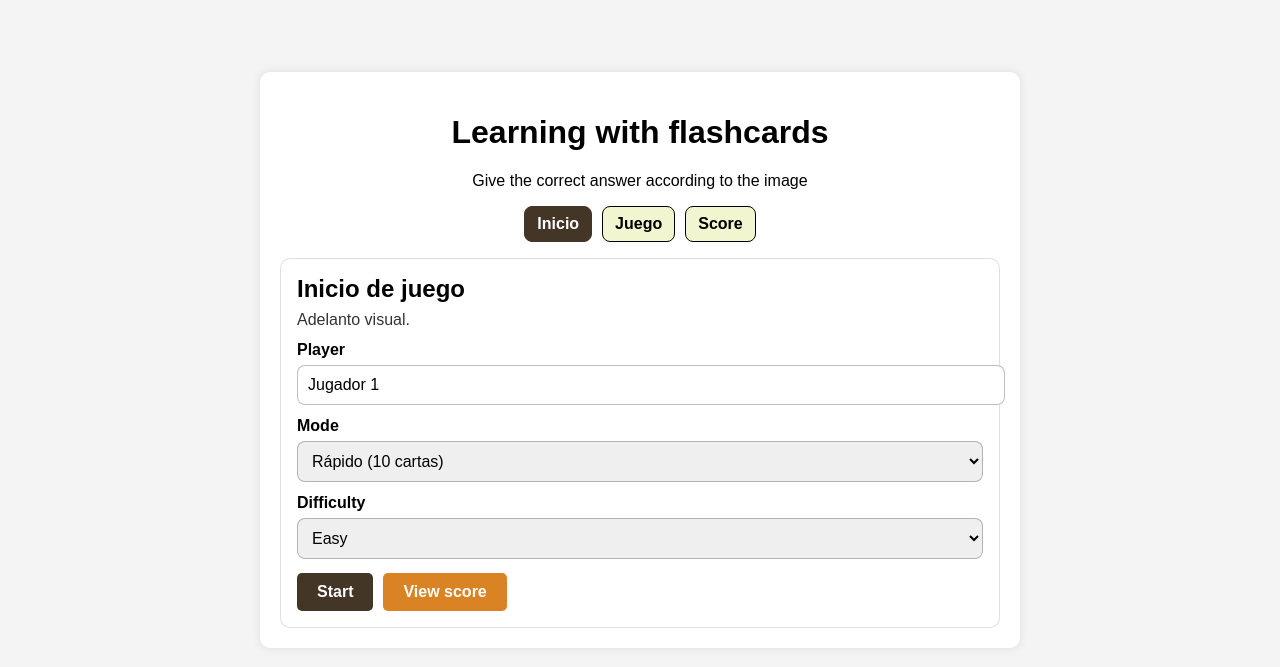
Repository: andreamm-lab/js-mini-app-1
Page: index.html
The author's editor kept a copy of each file at every save. The page is drawn from the files as they stood at one save, then again after the next save.
The browser window is 1280 px wide. The pictures show the whole page.

Above is the page before, as saved 2025-12-18 12:43:22.

After the next save:
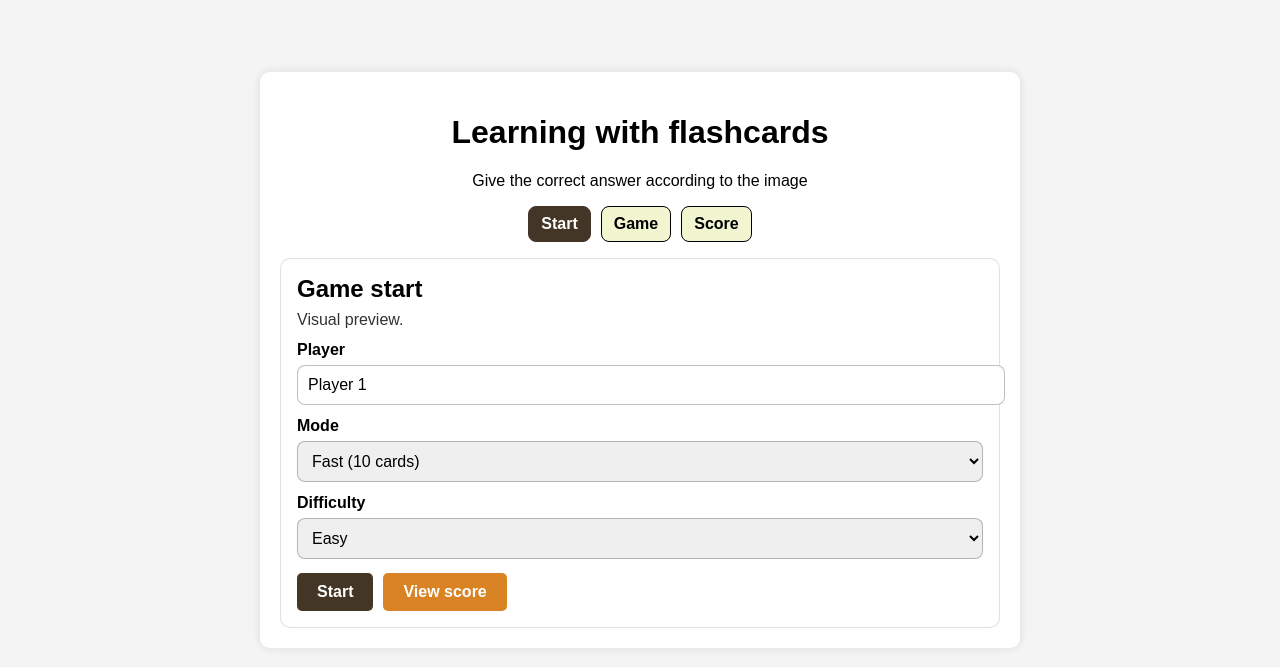
Saved 16 min 59 s later.
--- a/index.html
+++ b/index.html
@@ -1,10 +1,10 @@
 <!DOCTYPE html>
-<html lang="es">
+<html lang="en">
 
 <head>
   <meta charset="UTF-8" />
   <meta name="viewport" content="width=device-width, initial-scale=1.0" />
-  <title>Learning with flashcards • Adelanto</title>
+  <title>Learning with flashcards • Preview</title>
   <link rel="stylesheet" href="./css/styles.css" />
 </head>
 
@@ -18,31 +18,32 @@
     <h1>Learning with flashcards</h1>
     <p>Give the correct answer according to the image</p>
 
-    <nav class="nav" aria-label="Vistas">
-      <label class="nav-link" for="v-start" role="button" tabindex="0">Inicio</label>
-      <label class="nav-link" for="v-game" role="button" tabindex="0">Juego</label>
+    <nav class="nav" aria-label="Views">
+      <label class="nav-link" for="v-start" role="button" tabindex="0">Start</label>
+      <label class="nav-link" for="v-game" role="button" tabindex="0">Game</label>
       <label class="nav-link" for="v-score" role="button" tabindex="0">Score</label>
     </nav>
 
-    <!-- ===================INICIO
+    <!-- ===================
+             START
          =================== -->
-    <section class="view view-start" aria-label="Inicio del juego">
+    <section class="view view-start" aria-label="Game start">
       <div class="card-lite">
-        <h2 class="h2">Inicio de juego</h2>
-        <p class="muted">Adelanto visual.</p>
+        <h2 class="h2">Game start</h2>
+        <p class="muted">Visual preview.</p>
 
         <div class="form-grid">
           <div class="field">
             <label for="player">Player</label>
-            <input id="player" type="text" placeholder="Ej: Roy" value="Jugador 1" />
+            <input id="player" type="text" placeholder="E.g. Roy" value="Player 1" />
           </div>
 
           <div class="field">
             <label for="mode">Mode</label>
             <select id="mode">
-              <option selected>Rápido (10 cartas)</option>
-              <option>Clásico (20 cartas)</option>
-              <option>Sin límite</option>
+              <option selected>Fast (10 cards)</option>
+              <option>Classic (20 cards)</option>
+              <option>No limit</option>
             </select>
           </div>
 
@@ -65,96 +66,89 @@
     </section>
 
     <!-- ===================
-         JUEGO
+         GAME
          =================== -->
-        <section class="view view-game" aria-label="Juego (preview)">
-          <div id="game">
-            <div class="top-bar">
-              <div class="timer" aria-label="Timer">
-                ⏱️ Time: <span id="timer-text">00:10</span>
-              </div>
-              <div class="feedback" id="feedback" aria-live="polite"></div>
-              </div>
-            <button id="next-button" type="button" disabled>Next</button>
+    <section class="view view-game" aria-label="Game">
+      <div id="game">
+        <div class="top-bar">
+          <div class="timer" aria-label="Timer">
+            ⏱️ Time: <span id="timer-text">00:10</span>
+          </div>
+          <div class="feedback" id="feedback" aria-live="polite"></div>
+        </div>
 
-            <div class="mini-stats" aria-label="Indicadores">
-              <span><b>Ronda:</b> <span id="round-text">1/10</span></span>
-              <span><b>Aciertos:</b> <span id="hits-text">0</span></span>
-              <span><b>Fallos:</b> <span id="fails-text">0</span></span>
-              </div>
-              </div>
-              </section>
+        <div id="image-container">
+          <img id="card-image" alt="Flashcard image" />
+        </div>
 
+        <div id="options-container">
+          <button class="option-button" type="button">Option A</button>
+          <button class="option-button" type="button">Option B</button>
+          <button class="option-button" type="button">Option C</button>
+          <button class="option-button" type="button">Option D</button>
+        </div>
 
-    <!-- =================== SCORE =================== -->
-    <section class="view view-score" aria-label="Tabla de score">
+        <button id="next-button" type="button" disabled>Next</button>
+
+        <div class="mini-stats" aria-label="Stats">
+          <span><b>Round:</b> <span id="round-text">1/10</span></span>
+          <span><b>Correct:</b> <span id="hits-text">0</span></span>
+          <span><b>Wrong:</b> <span id="fails-text">0</span></span>
+        </div>
+      </div>
+    </section>
+
+    <!-- ===================
+             SCORE
+             =================== -->
+    <section class="view view-score" aria-label="Score table">
       <div class="score-head">
         <div>
           <h2 class="h2">Score</h2>
-          <p class="muted">Tabla de ejemplo.</p>
+          <p class="muted">Example table.</p>
         </div>
         <div class="actions">
-          <label class="btn-secondary" for="v-game">Volver</label>
-          <label class="btn-next" for="v-start">Nuevo juego</label>
+          <label class="btn-secondary" for="v-game">Back</label>
+          <label class="btn-next" for="v-start">New game</label>
         </div>
       </div>
 
       <div class="score-cards">
-      <div class="score-card">
-        <span class="muted">Puntaje</span>
-        <b class="big" id="score-points">0</b>
+        <div class="score-card">
+          <span class="muted">Score</span>
+          <b class="big" id="score-points">0</b>
         </div>
         <div class="score-card">
-          <span class="muted">Precisión</span>
-        <b class="big" id="score-accuracy">0%</b>
+          <span class="muted">Accuracy</span>
+          <b class="big" id="score-accuracy">0%</b>
         </div>
         <div class="score-card">
-          <span class="muted">Mejor racha</span>
-        <b class="big" id="score-streak">0</b>
+          <span class="muted">Best streak</span>
+          <b class="big" id="score-streak">0</b>
         </div>
-        </div>
+      </div>
 
-    <p class="muted" id="final-message">—</p>
+      <p class="muted" id="final-message">—</p>
 
       <div class="table-wrap">
-        <table class="score-table" aria-label="Tabla de rondas">
+        <table class="score-table" aria-label="Rounds table">
           <thead>
             <tr>
-              <th>Ronda</th>
-              <th>Respuesta</th>
-              <th>Resultado</th>
-              <th>Tiempo</th>
-              <th>Puntos</th>
+              <th>Round</th>
+              <th>Answer</th>
+              <th>Result</th>
+              <th>Time</th>
+              <th>Points</th>
             </tr>
           </thead>
           <tbody id="score-rows">
-            <tr>
-              <td>1</td>
-              <td>Opción A</td>
-              <td><span class="pill ok">Correcta</span></td>
-              <td>00:06</td>
-              <td>+25</td>
-            </tr>
-            <tr>
-              <td>2</td>
-              <td>Opción C</td>
-              <td><span class="pill bad">Incorrecta</span></td>
-              <td>00:09</td>
-              <td>+0</td>
-            </tr>
-            <tr>
-              <td>3</td>
-              <td>Opción B</td>
-              <td><span class="pill ok">Correcta</span></td>
-              <td>00:05</td>
-              <td>+25</td>
-            </tr>
+            <!-- Filled dynamically by JS -->
           </tbody>
         </table>
       </div>
     </section>
   </div>
-  <script defer src="./js/app.js"></script>
+<script defer src="./js/app.js"></script>
 </body>
 
 </html>
